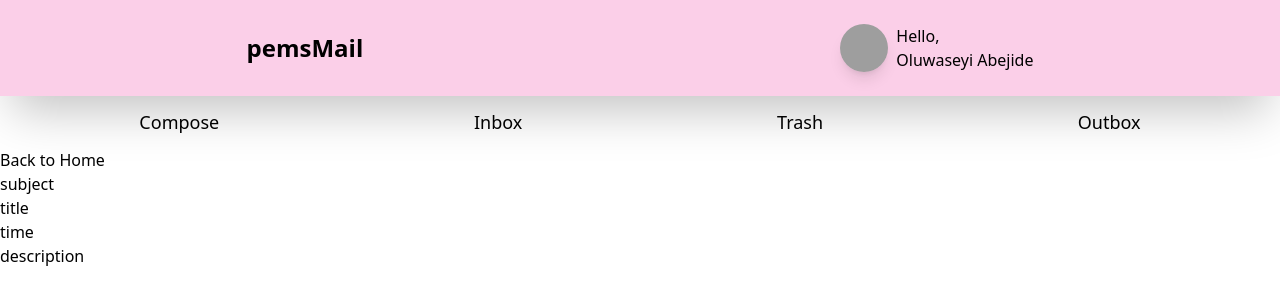
Repository: Semanmernstack/mailclone
Page: /mail
These files come from the project's save history. The page is drawn as it stood at one moment and after the next save; the edit follows.
The browser window is 1280 px wide. The pictures show the whole page.
Pictures or frames that could not be fetched are drawn as grey boxes. The project was rebuilt for these pictures with package versions that can differ from the ones it lists, and the page was loaded fresh each time. Also part of the build but not shown: src/features/counter/Counter.module.css, src/features/counter/Counter.js, src/OpenRow.js, src/Open.js.

Above is the page before, as saved 2023-01-16 03:08:00.

After the next save:
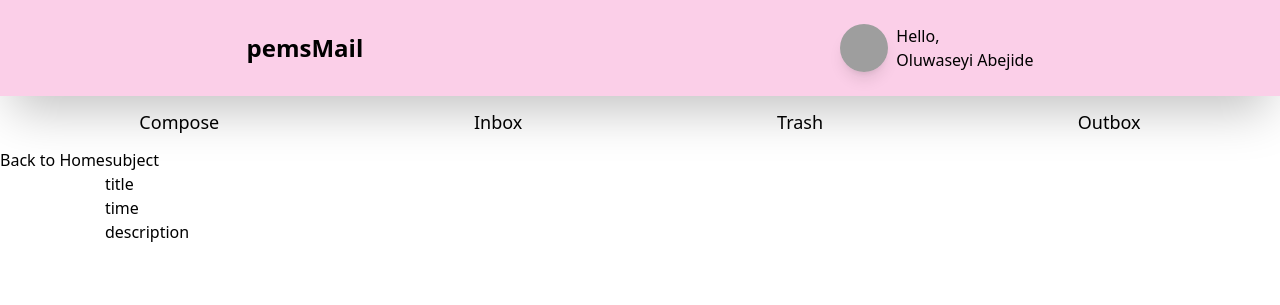
Saved 11 s later.
--- a/src/Mail.js
+++ b/src/Mail.js
@@ -2,7 +2,7 @@
 
 function Mail() {
   return (
-    <div flex>
+    <div className="flex">
         <div>
             <p>Back to Home</p>
         </div>

After the save that followed:
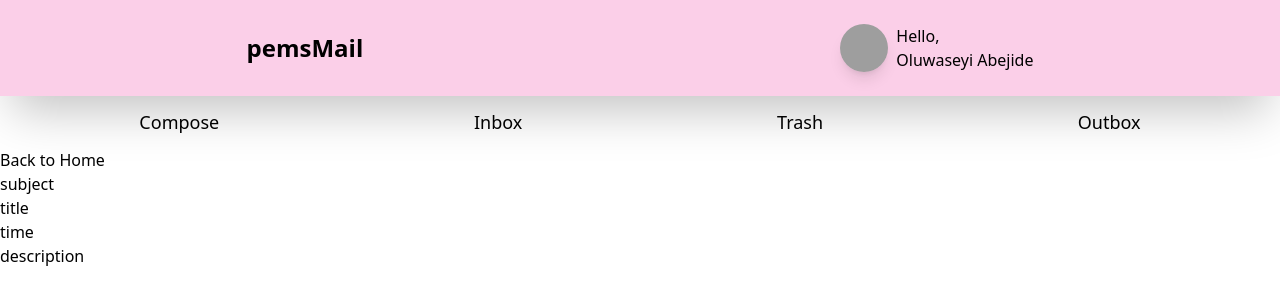
Saved 21 s later.
--- a/src/Mail.js
+++ b/src/Mail.js
@@ -2,7 +2,7 @@
 
 function Mail() {
   return (
-    <div className="flex">
+    <div className="flex flex-col">
         <div>
             <p>Back to Home</p>
         </div>
